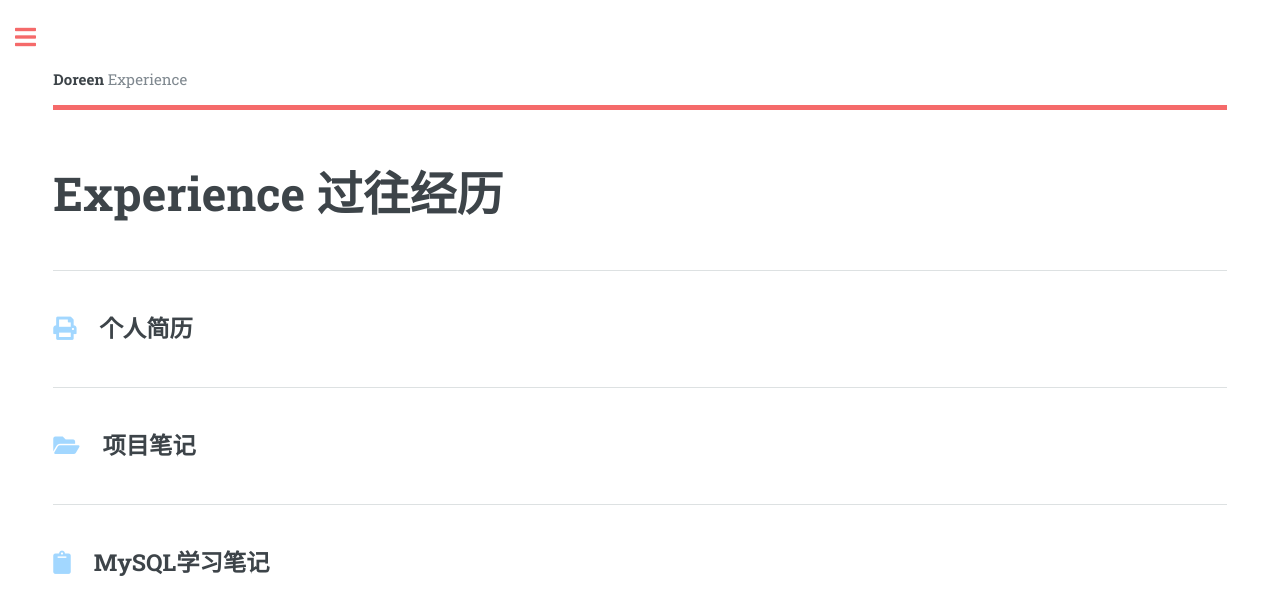
Repository: Hpz3859/Hpz3859.github.io
Page: experience.html
These files come from the project's save history. The page is drawn as it stood at one moment and after the next save; the edit follows.
The browser window is 1280 px wide. The pictures show the whole page.

Above is the page before, as saved 2025-03-19 14:57:33.

After the next save:
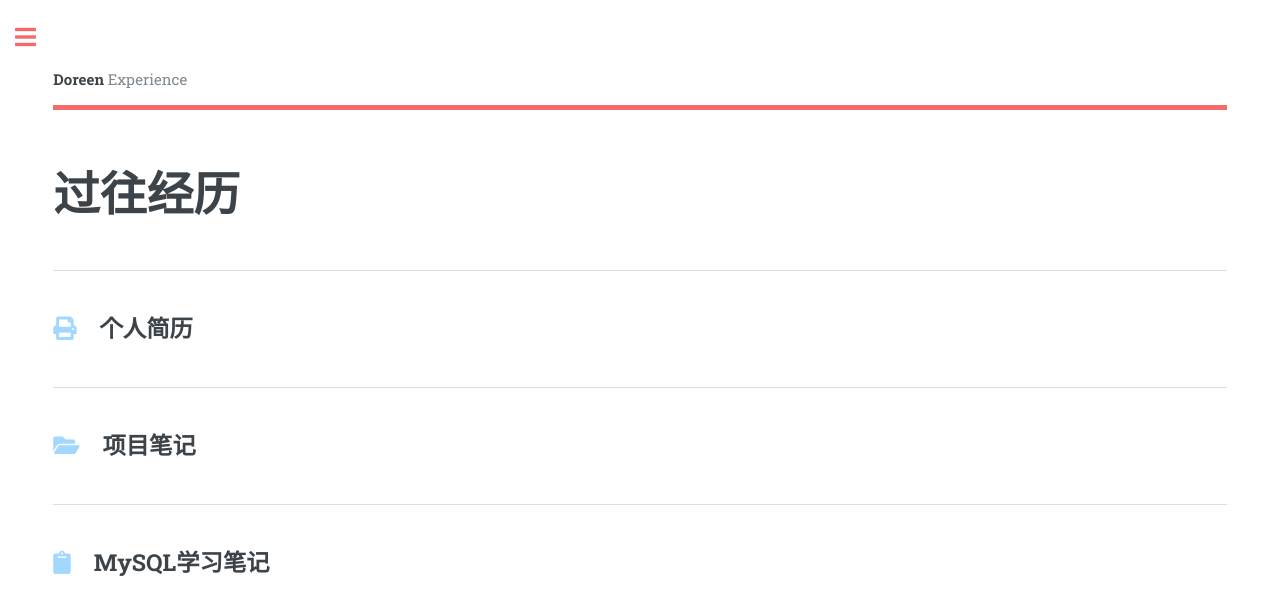
Saved 79 s later.
--- a/experience.html
+++ b/experience.html
@@ -37,7 +37,7 @@
 							<!-- Content -->
 								<section>
 									<header class="main">
-										<h1>Experience 过往经历</h1>
+										<h1>过往经历</h1>
 									</header>
 										<!-- Content -->
 										<hr class="major" />
